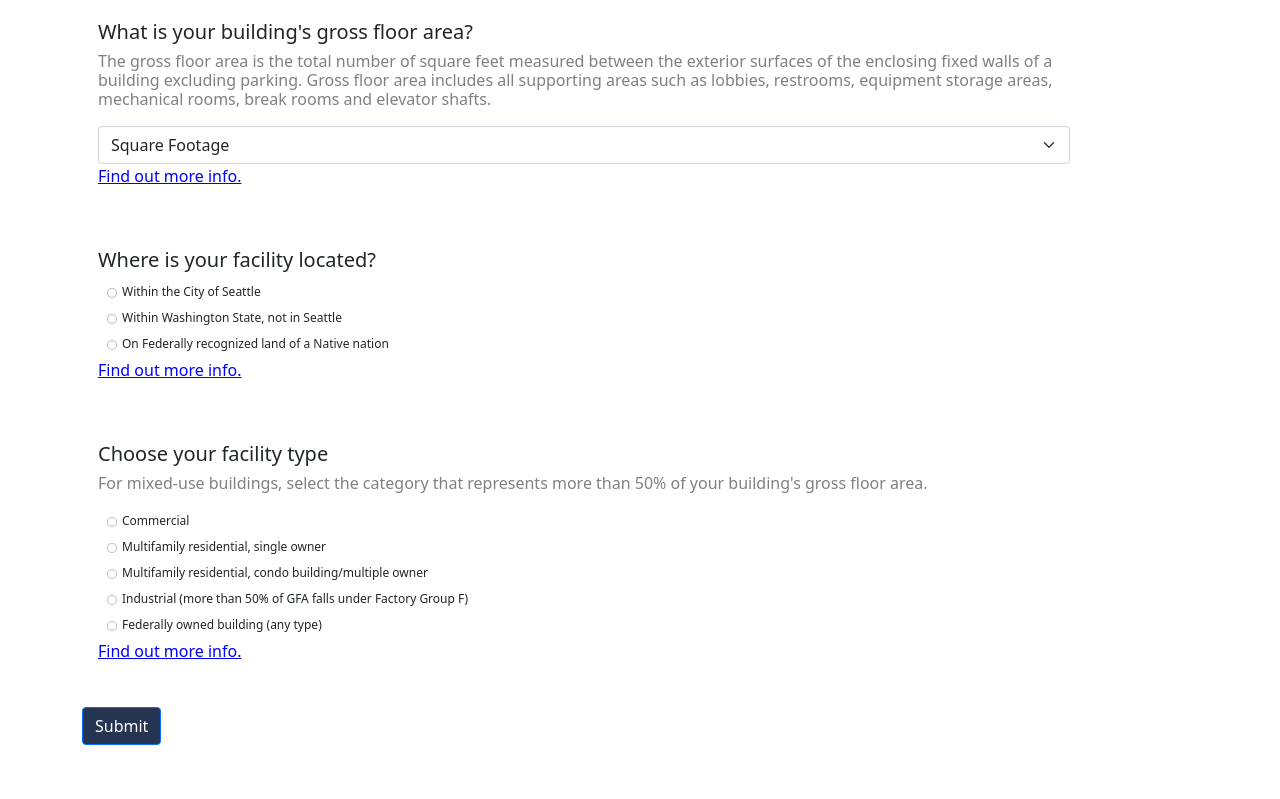
Repository: ChaidGPT/SershonSystemsQuiz
Page: index.html
An editor plug-in stored every save of this project. The page is shown before and after the next save, followed by the edit.
The browser window is 1280 px wide. The pictures show the whole page.

Above is the page before, as saved 2023-07-13 10:04:32.

### index.html
<!DOCTYPE html>
<html>

<head>
	<meta charset="utf-8">
	<title>Quiz</title>
	<link rel="stylesheet" href="https://cdn.jsdelivr.net/npm/bootstrap@5.0.2/dist/css/bootstrap.min.css">
	<style>
	.card {
		width: 90%;
        border: none;
	}

	.card-column {
		display: flex;
		flex-direction: column;
		align-items: center;
		max-width: auto;
	}

    .btn {
        color: white;
        background-color: #253551;
    }

	.card-body p {
		font-size: 8;
		color: gray;
		line-height: 1.2;
	}

	.form-check-input[type="radio"] {
        font-size: 10px;
		margin-right: 5px;
    }

    .form-check-label {
        font-size: 12px;
    }

	.form-check {
  display: flex;
  align-items: center;
}

.info-link {
    color: blue;
}

#resultContainer {
  overflow-y: auto;
}

#resultMessage {
  text-align: justify;
  font-size: 12px;
}
	</style>
</head>

<body>
	<div id="quizContainer" class="container">
		<!-- Question 1 Card -->
		<div class="card mb-1 mt-1">
			<div class="card-body">
				<h5 class="card-title">What is your building's gross floor area?</h5>
				<p class="card-text">The gross floor area is the total number of square feet measured between the exterior surfaces of the enclosing fixed walls of a building excluding parking. Gross floor area includes all supporting areas such as lobbies, restrooms, equipment storage areas, mechanical rooms, break rooms and elevator shafts.</p>
				<div class="form-group">
					<select id="buildingSize" type="number" class="form-select">
						<option value="">Square Footage</option>
						<option value="under20k">less than 20k square feet</option>
						<option value="20kTo30k">20k - 30k square feet</option>
						<option value="30kTo50k">30k - 50k square feet</option>
						<option value="50kTo70k">50k - 70k square feet</option>
						<option value="70kTo90k">70k - 90k square feet</option>
						<option value="90kTo100k">90k - 100k square feet</option>
						<option value="100kTo200k">100k - 200k square feet</option>
						<option value="200kTo220k">200k - 220k square feet</option>
						<option value="over220k">over 220k square feet</option>
					</select>
				</div>
				<a href="" target="_blank" class="info-link">Find out more info.</a>
			</div>
		</div>
		<!-- Question 1 Card End -->
		<br>
		<!-- Question 2 Card -->
		<div class="card mb-1">
			<div class="card-body">
				<h5 class="card-title">Where is your facility located?</h5>
				<div class="form-check">
					<input type="radio" id="seattle" name="buildingLocation" value="seattle" class="form-check-input">
					<label for="seattle" class="form-check-label">Within the City of Seattle</label>
				</div>
				<div class="form-check">
					<input type="radio" id="washington" name="buildingLocation" value="washington" class="form-check-input">
					<label for="washington" class="form-check-label">Within Washington State, not in Seattle</label>
				</div>
				<div class="form-check">
					<input type="radio" id="native" name="buildingLocation" value="native" class="form-check-input">
					<label for="native" class="form-check-label">On Federally recognized land of a Native nation</label>
				</div>
				<a href="" target="_blank" class="info-link">Find out more info.</a>
			</div>
		</div>
		<!-- Question 2 Card End -->
		<br>
		<!-- Question 3 Card -->
		<div class="card mb-1">
			<div class="card-body">
				<h5 class="card-title">Choose your facility type</h5>
				<p class="card-text">For mixed-use buildings, select the category that represents more than 50% of your building's gross floor area.</p>
				<div class="form-group">
					<div class="form-check">
						<input type="radio" id="commercial" name="facilityType" value="commercial" class="form-check-input">
						<label for="commercial" class="form-check-label">Commercial</label>
					</div>
					<div class="form-check">
						<input type="radio" id="MFsingle" name="facilityType" value="MFsingle" class="form-check-input">
						<label for="MFsingle" class="form-check-label">Multifamily residential, single owner</label>
					</div>
					<div class="form-check">
						<input type="radio" id="MFmultiple" name="facilityType" value="MFmultiple" class="form-check-input">
						<label for="MFmultiple" class="form-check-label">Multifamily residential, condo building/multiple owner</label>
					</div>
					<div class="form-check">
						<input type="radio" id="industrial" name="facilityType" value="industrial" class="form-check-input">
						<label for="industrial" class="form-check-label">Industrial (more than 50% of GFA falls under Factory Group F)</label>
					</div>
					<div class="form-check">
						<input type="radio" id="federal" name="facilityType" value="federal" class="form-check-input">
						<label for="federal" class="form-check-label">Federally owned building (any type)</label>
					</div>
				</div>
				<a href="" target="_blank" class="info-link">Find out more info.</a>
			</div>
		</div>
		<!-- Question 3 Card End -->
		<br>
		<button id="submitBtn" type="submit" class="btn btn-primary">Submit</button>
	</div>

  <div id="resultContainer" class="container d-flex align-items-center justify-content-center fade" style="display: none;">
    <div class="text-center">
      <p id="resultMessage"></p>
      <button id="goBackBtn" type="button" class="btn btn-primary">Go back</button>
    </div>
  </div>

	<script src="https://cdn.jsdelivr.net/npm/bootstrap@5.0.2/dist/js/bootstrap.bundle.min.js"></script>
	<script>

    // Info Snippets
    var fullEXEMPT = '<h3>Exempt</h3> <b>Based on the answers provided, your facility is not subject to the following regulations:</b><br>' +
                'Seattle Energy Benchmarking, Seattle Building Tune-Ups, WA Clean Buildings Performance Standard, or Seattle Building Emissions Performance Standard<br>' +
                'To learn more, contact Sershon Systems at (206)745-2938 or emily@sershonsystems.com.<br><br>' +
                '<b>Possible Reasons for Exemption:</b><br>' +
                '&#8226; Federal ownership<br>' +
                '&#8226; Industrial facility<br>' +
                '&#8226; Located within a Native nation<br>' +
                '&#8226; Facilities less than 20,000 square feet<br><br>' +
                '<b>You may be required to apply for exemption and provide supporting documentation.</b><br>' +
                '• Contact Sershon Systems to discuss specific exemption application deadlines.';
    var answerBegin = '<b>Based on the answers provided, your facility is subject to the legislation and deadlines shown. For more information on compliance, to get started, or to speak with a qualified person, contact Sershon Systems at (206)745-2938 or emily@sershonsystems.com</b><br><br>';
    var sebOct1st23 = '<b>Seattle Energy Benchmarking</b><br>' +
                      '<ul>' +
                        '<li>Oct 1st, 2023, then annually on June 1st</li>' +
                      '</ul>';
    var setuOct1st23 = '<b>Seattle Building Tune-Ups</b>' +
                        '<ul>' +
                          '<li>Oct 1st, 2023</li>' +
                        '</ul>';
    var cbpsJun1sr23  = '<b>WA Clean Buildings Performance Standard</b>' +
                          '<ul>' +
                            '<li>June 1st, 2024: last date to start 24-month data collection window</li>' +
                            '<li>June 1st, 2025: energy management plan must be implemented</li>' +
                            '<li>June 1st, 2026 compliance deadline, and every 5 years thereafter</li>' +
                          '</ul>';
    var sbepsOct1st24 = '<b>Seattle Building Emissions Performance Standard</b>' +
                          '<ul>' +
                            '<li>Oct 1st, 2027: reporting deadline</li>' +
                            '<li>Oct 1st, 2031: compliance deadline</li>' +
                            '<li>Every 5 years, achieving net zero emissions Oct 1st, 2041</li>' +
                          '</ul>';
    var cbpsJune1st25 = '<b>Clean Buildings Performance Standard</b>' +
                            '<ul>' +
                              '<li>June 1st, 2025: last date to start 24-month data collection window</li>' +
                              '<li>June 1st, 2026: energy management plan must be implemented</li>' +
                              '<li>June 1st, 2027 compliance deadline, and every 5 years thereafter</li>' +
                            '<ul>';
    var sbepsOct1st27 = '<b>Seattle Building Emissions Performance</b>' +
                              '<ul>' +
                                '<li>Standard Oct 1st, 2027: reporting deadline</li>' +
                                '<li>Oct 1st, 2032: compliance deadline</li>' +
                                '<li>Every 5 years, achieving net zero emissions Oct 1st, 2042</li>' +
                              '</ul>';
    var sbtuOct1st24 = '<b>Seattle Building Tune-Ups</b>' +
                        '<ul>' +
                          '<li>Oct 1st, 2024</li>' +
                        '</ul>';
    var sbtuOct1st25 = '<b>Seattle Building Tune-Ups</b>' +
                        '<ul>' +
                          '<li>Oct 1st, 2025</li>' +
                        '</ul>';
    var cbpsJune1st26 = '<b>WA Clean Buildings Performance Standard</b>' +
                        '<ul>' +
                          '<li>June 1st, 2026: last date to start 24-month data collection window</li>' +
                          '<li>June 1st, 2027: energy management plan must be implemented</li>' +
                          '<li>June 1st, 2028 compliance deadline, and every 5 years thereafter</li>' +
                        '</ul>';
    var sbepsOct1st28 = '<b>Seattle Building Emissions Performance Standard</b>' +
                        '<ul>' +
                          '<li>Oct 1st, 2028: reporting deadline</li>' +
                          '<li>Oct 1st, 2033: compliance deadline</li>' +
                          '<li>Every 5 years, achieving net zero emissions Oct 1st, 2043</li>' +
                        '</ul>';
    var sbtuOct1st26 = '<b>Seattle Building Tune-Ups</b>' +
                        '<ul>' +
                          '<li>Oct 1st, 2026</li>' +
                        '</ul>';
    var cbpsJuly1st26 = '<b>WA Clean Buildings Performance Standard</b>' +
                        '<ul>' +
                          '<li>July 1st, 2026 energy management plan must be implemented</li>' +
                          '<li>July 1st, 2027 reporting only, then compliance on 5-year cycle</li>' +
                        '</ul>';
    var sbepsOct1st29 = '<b>Seattle Building Emissions Performance Standard</b>' +
                        '<ul>' +
                          '<li>Oct 1st, 2029: reporting deadline</li>' +
                          '<li>Oct 1st, 2034: compliance deadline Every 5 years, achieving net zero emissions Oct 1st, 2044</li>' +
                        '</ul>';
    var sbepsOct1st30 = '<b>Seattle Building Emissions Performance Standard</b>' +
                        '<ul>' +
                          '<li>Oct 1st, 2030: reporting deadline</li>' +
                          '<li>Oct 1st, 2035: compliance deadline Every 5 years, achieving net zero emissions Oct 1st, 2045</li>' +
                        '</ul>';
    var sbepsOct1st2731 = '<b>Seattle Building Emissions Performance Standard</b>' +
                        '<ul>' +
                          '<li>Oct 1st, 2027: reporting deadline</li>' +
                          '<li>Oct 1st, 2031: compliance deadline Every 5 years, achieving net zero emissions Oct 1st, 2046</li>' +
                        '</ul>';
    var sbepsOct1st2833 = '<b>Seattle Building Emissions Performance Standard</b>' +
                        '<ul>' +
                          '<li>Oct 1st, 2028: reporting deadline' +
                          '<li>Oct 1st, 2033: compliance deadline Every 5 years, achieving net zero emissions Oct 1st, 2048</li>' +
                        '</ul>';
    var sbepsOct1st2949 = '<b>Seattle Building Emissions Performance Standard</b>' +
                        '<ul>' +
                          '<li>Oct 1st, 2029: reporting deadline' +
                          '<li>Oct 1st, 2034: compliance deadline Every 5 years, achieving net zero emissions Oct 1st, 2049</li>' +
                        '</ul>';
    var sbepsOct1st20 = '<b>Seattle Building Emissions Performance Standard</b>' +
                        '<ul>' +
                          '<li>Oct 1st, 2020: reporting deadline' +
                          '<li>Oct 1st, 2035: compliance deadline Every 5 years, achieving net zero emissions Oct 1st, 2050</li>' +
                        '</ul>';
    var cbpsJune1st2527 = '<b>WA Clean Buildings Performance Standard</b>' +
                        '<ul>' +
                          '<li>June 1st, 2025: last date to start 24-month data collection window' +
                          '<li>June 1st, 2026: energy management plan must be implemented</li>' +
                          '<li>June 1st, 2027: compliance deadline, and every 5 years thereafter</li>' +
                        '</ul>';
    var sbepsOct1st2732 = '<b>Seattle Clean Buildings Performance Standard</b>' +
                        '<ul>' +
                          '<li>June 1st, 2025: last date to start 24-month data collection window' +
                          '<li>Oct 1st, 2027: reporting deadline</li>' +
                          '<li>Oct 1st, 2032: compliance deadline Every 5 years, achieving net zero emissions Oct 1st, 2047</li>' +
                        '</ul>';
    // End Info Snippets

    var messageTable = {

      // Answer 1
      'over220k-seattle-commercial': 'Answer 1<br>' + answerBegin + sebOct1st23 + setuOct1st23 + cbpsJun1sr23 + sbepsOct1st24,

      // Answer 2
      '200kTo220k-seattle-commercial': 'Answer 2<br>' + answerBegin + sebOct1st23 + setuOct1st23 + cbpsJune1st25 + sbepsOct1st27,

      // Answer 3
      '100kTo200k-seattle-commercial': 'Answer 3<br>' + answerBegin + sebOct1st23 + cbpsJune1st25  + sbepsOct1st27 + sbtuOct1st24,

      // Answer 4
      '90kTo100k-seattle-commercial': 'Answer 4<br>' + answerBegin + sebOct1st23 + cbpsJune1st25 + sbepsOct1st27,

      // Answer 5
      '70kTo90k-seattle-commercial': 'Answer 5<br>' + answerBegin + sbtuOct1st25 + cbpsJune1st26 + sbepsOct1st28,

      // Answer 6
      '50kTo70k-seattle-commercial': 'Answer 6<br>' + answerBegin + sebOct1st23 + cbpsJune1st26 + sbepsOct1st28 + sbtuOct1st26,

      // Answer 7
      '30kTo50k-seattle-commercial': 'Answer 7<br>' + answerBegin + sebOct1st23 + cbpsJuly1st26 + sbepsOct1st29,

      // Answer 8
      '20kTo30k-seattle-commercial': 'Answer 8<br> ' + answerBegin + sebOct1st23 + cbpsJuly1st26 + sbepsOct1st30,

      // Answer 9
      '20kTo30k-washington-MFmultiple': 'Answer 9<br>' + fullEXEMPT,
      '30kTo50k-washington-MFmultiple': 'Answer 9<br>' + fullEXEMPT,
      '50kTo70k-washington-MFmultiple': 'Answer 9<br>' + fullEXEMPT,
      '70kTo90k-washington-MFmultiple': 'Answer 9<br>' + fullEXEMPT,
      '90kTo100k-washington-MFmultiple': 'Answer 9<br>' + fullEXEMPT,
      '100kTo200k-washington-MFmultiple': 'Answer 9<br>' + fullEXEMPT,
      '200kTo220k-washington-MFmultiple': 'Answer 9<br>' + fullEXEMPT,
      'over220k-washington-MFmultiple': 'Answer 9<br>' + fullEXEMPT,

      // Answer 10
      'over220k-seattle-MFsingle': 'Answer 10<br>' + answerBegin + sebOct1st23 + cbpsJuly1st26 + sbepsOct1st2731,

      // Answer 11
      '90kTo100k-seattle-MFsingle': 'Answer 11<br>' + answerBegin + sebOct1st23 + cbpsJuly1st26 + sbepsOct1st2732,
      '100kTo200k-seattle-MFsingle': 'Answer 11<br>' + answerBegin + sebOct1st23 + cbpsJuly1st26 + sbepsOct1st2732,
      '200kTo220k-seattle-MFsingle': 'Answer 11<br>' + answerBegin + sebOct1st23 + cbpsJuly1st26 + sbepsOct1st2732,

      // Answer 12
      '50kTo70k-seattle-MFsingle': 'Answer 12<br>' + answerBegin + sebOct1st23 + cbpsJuly1st26 + sbepsOct1st2833,
      '70kTo90k-seattle-MFsingle': 'Answer 12<br>' + answerBegin + sebOct1st23 + cbpsJuly1st26 + sbepsOct1st2833,

      // Answer 13
      '30kTo50k-seattle-MFsingle': 'Answer 13<br>' + answerBegin + sebOct1st23 + cbpsJuly1st26 + sbepsOct1st2949,

      // Answer 14
      '20kTo30k-seattle-MFsingle': 'Answer 14<br>' + answerBegin + sebOct1st23 + cbpsJuly1st26 + sbepsOct1st20,

      // Answer 15
      'over220k-seattle-MFmultiple': 'Answer 15<br>' + answerBegin + sebOct1st23 + sbepsOct1st2731,

      // Answer 16
      '90kTo100k-seattle-MFmultiple': 'Answer 16<br>' + answerBegin + sebOct1st23 + sbepsOct1st2732,
      '100kTo200k-seattle-MFmultiple': 'Answer 16<br>' + answerBegin + sebOct1st23 + sbepsOct1st2732,
      '200kTo220k-seattle-MFmultiple': 'Answer 16<br>' + answerBegin + sebOct1st23 + sbepsOct1st2732,

      // Answer 17
      '50kTo70k-seattle-MFmultiple': 'Answer 17<br>' + answerBegin + sebOct1st23 + sbepsOct1st2833,
      '70kTo90k-seattle-MFmultiple': 'Answer 17<br>' + answerBegin + sebOct1st23 + sbepsOct1st2833,

      // Answer 18
      '30kTo50k-seattle-MFmultiple': 'Answer 18' + answerBegin + sebOct1st23 + sbepsOct1st2949,

      // Answer 19
      '20kTo30k-seattle-MFmultiple': 'Answer 19<br>' + answerBegin + sebOct1st23 + sbepsOct1st20,

      // Answer 20
      'over220k-washington-commercial': 'Answer 20<br>' + answerBegin + cbpsJun1sr23,

      // Answer 21
      '90kTo100k-washington-commercial': 'Answer 21<br>' + answerBegin + cbpsJune1st2527,
      '100kTo200k-washington-commercial': 'Answer 21<br>' + answerBegin + cbpsJune1st2527,
      '200kTo220k-washington-commercial': 'Answer 21<br>' + answerBegin + cbpsJune1st2527,

      // Answer 22
      '50kTo70k-washington-commercial': 'Answer 22<br>' + answerBegin + cbpsJune1st26,
      '70kTo90k-washington-commercial': 'Answer 22<br>' + answerBegin + cbpsJune1st26,

      // Answer 23
      '20kTo30k-washington-commercial': 'Answer 23<br>' + answerBegin + cbpsJuly1st26,
      '30kTo50k-washington-commercial': 'Answer 23<br>' + answerBegin + cbpsJuly1st26,
      '20kTo30k-washington-MFsingle': 'Answer 23<br>' + answerBegin + cbpsJuly1st26,
      '30kTo50k-washington-MFsingle': 'Answer 23<br>' + answerBegin + cbpsJuly1st26,
      '50kTo70k-washington-MFsingle': 'Answer 23<br>' + answerBegin + cbpsJuly1st26,
      '70kTo90k-washington-MFsingle': 'Answer 23<br>' + answerBegin + cbpsJuly1st26,
      '90kTo100k-washington-MFsingle': 'Answer 23<br>' + answerBegin + cbpsJuly1st26,
      '100kTo200k-washington-MFsingle': 'Answer 23<br>' + answerBegin + cbpsJuly1st26,
      '200kTo220k-washington-MFsingle': 'Answer 23<br>' + answerBegin + cbpsJuly1st26,
      'over220k-washington-MFsingle': 'Answer 23<br>' + answerBegin + cbpsJuly1st26,
    };

    document.querySelector("#submitBtn").addEventListener("click", function(event) {
  event.preventDefault();

  var DD = document.querySelector('#buildingSize').value;
  var R1 = document.querySelector('input[name="buildingLocation"]:checked').value;
  var R2 = document.querySelector('input[name="facilityType"]:checked').value;

  // Check to see if the user chose a square footage
  if (DD === '') {
    alert("Please select a square footage option.");
    return;
  }

  var combination = DD + '-' + R1 + '-' + R2;

  // Check if the combination contains specific values
  if (R1 === 'native' || R2 === 'federal' || R2 === 'industrial' || DD === 'under20k') {
    var message = fullEXEMPT;
  } else {
    // Retrieve the message from the message table using the combination key
    var message = messageTable[combination] || 'Default message';
  }

  // Hide the quiz container with fade animation
  var quizContainer = document.getElementById('quizContainer');
  quizContainer.classList.add('fade');
  setTimeout(function() {
    quizContainer.style.display = 'none';
    quizContainer.classList.remove('fade');

    // Scroll to the top of the page
    window.scrollTo({ top: 30, behavior: 'smooth' });

    // Display the result container with fade animation
    var resultContainer = document.getElementById('resultContainer');
    resultContainer.style.display = 'flex';
    document.getElementById('resultMessage').innerHTML = message;
    resultContainer.classList.add('show');
  }, 1000); // Adjust the delay (in milliseconds) to match the animation duration
});

document.querySelector("#goBackBtn").addEventListener("click", function(event) {
  event.preventDefault();

  // Refresh the page
  location.reload();
});

</script>

</body>

</html>

After the next save:
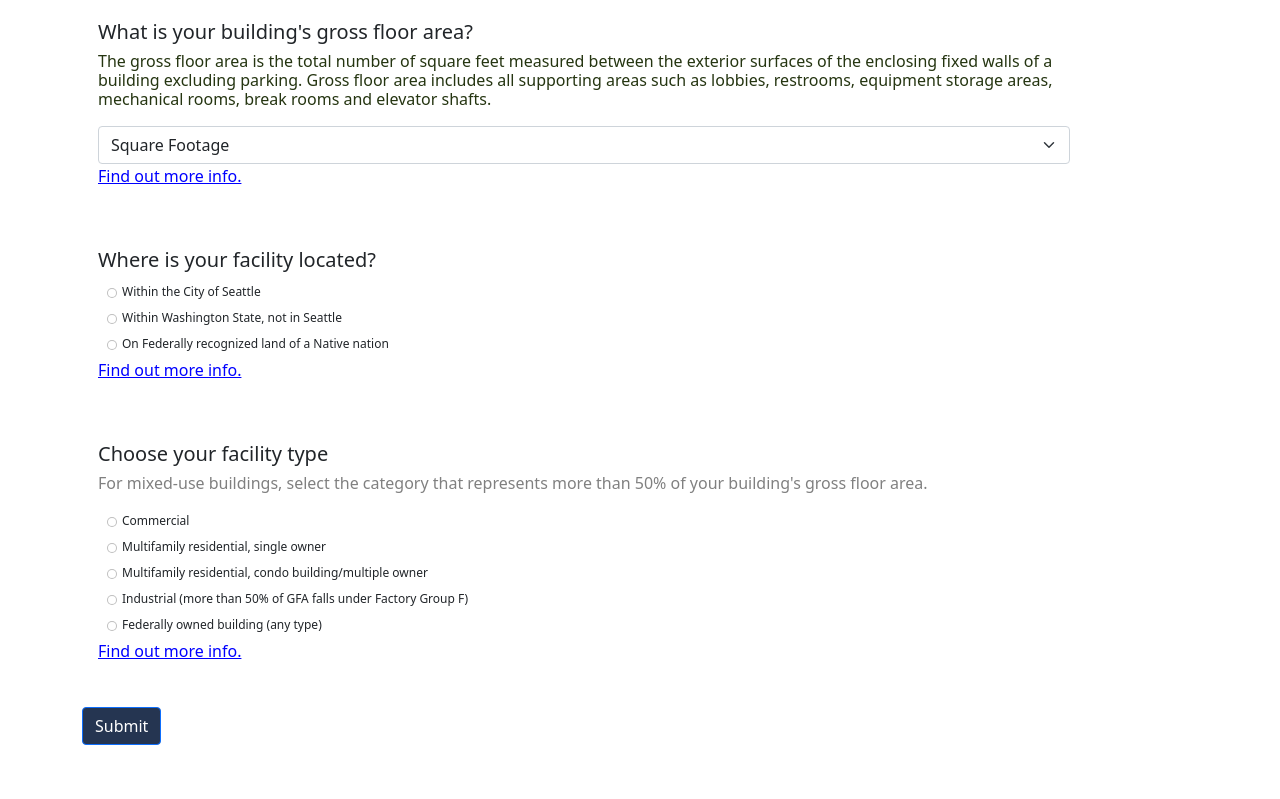
Saved 3 h 25 min later.
--- a/index.html
+++ b/index.html
@@ -64,7 +64,7 @@
 		<div class="card mb-1 mt-1">
 			<div class="card-body">
 				<h5 class="card-title">What is your building's gross floor area?</h5>
-				<p class="card-text">The gross floor area is the total number of square feet measured between the exterior surfaces of the enclosing fixed walls of a building excluding parking. Gross floor area includes all supporting areas such as lobbies, restrooms, equipment storage areas, mechanical rooms, break rooms and elevator shafts.</p>
+        <p class="card-text" style="color: #253511;">The gross floor area is the total number of square feet measured between the exterior surfaces of the enclosing fixed walls of a building excluding parking. Gross floor area includes all supporting areas such as lobbies, restrooms, equipment storage areas, mechanical rooms, break rooms and elevator shafts.</p>
 				<div class="form-group">
 					<select id="buildingSize" type="number" class="form-select">
 						<option value="">Square Footage</option>
